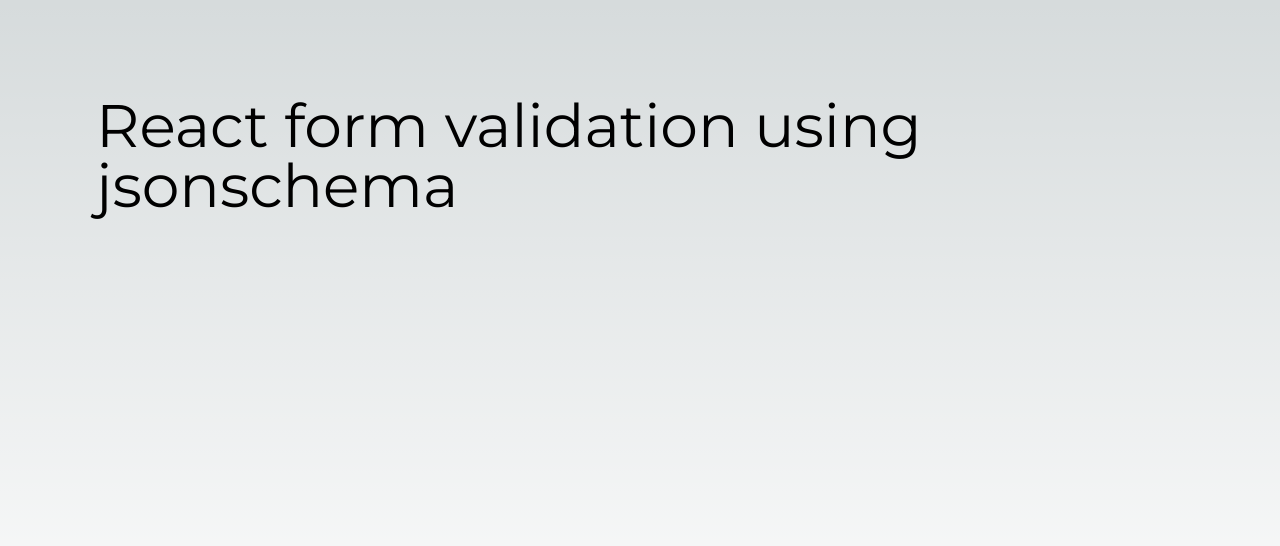
Repository: rajsenthil/react-jsonschema-validation
Page: /
These files come from the project's save history. The page is drawn as it stood at one moment and after the next save; the edit follows.
The browser window is 1280 px wide. The pictures show the whole page.
The project was rebuilt for these pictures with package versions that can differ from the ones it lists, and the page was loaded fresh each time. The framework's server and built-in components were replaced by stand-ins that run in the browser. Also part of the build but not shown: next.config.js.

Above is the page before, as saved 2023-09-12 19:43:39.

After the next save:
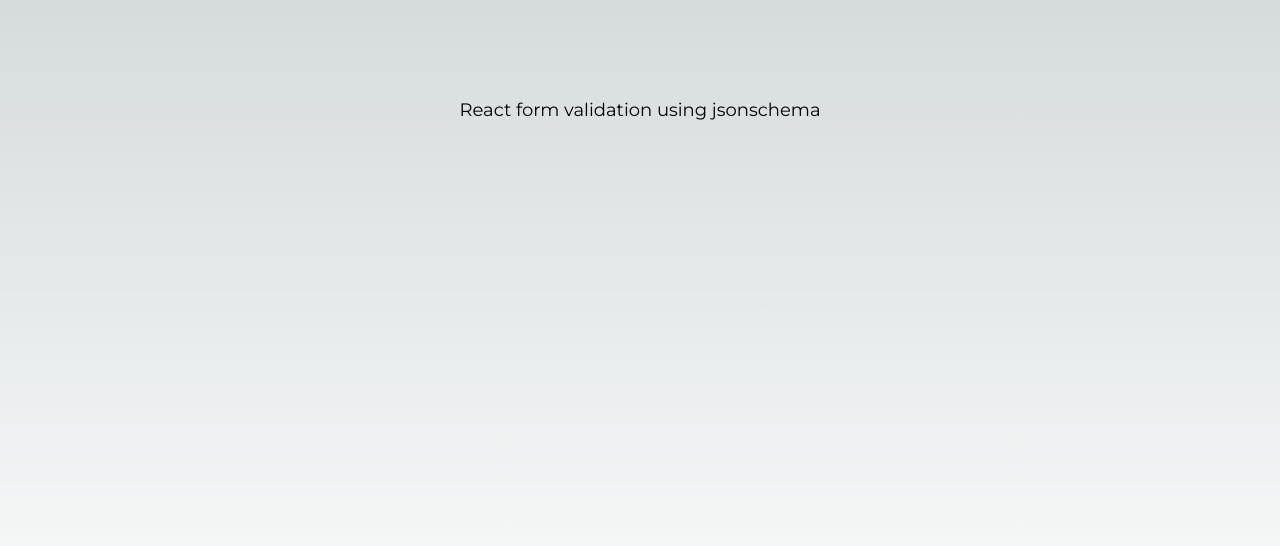
Saved 11 h 56 min later.
--- a/pages/index.tsx
+++ b/pages/index.tsx
@@ -8,7 +8,7 @@ export default function Home() {
     <main
       className={`flex min-h-screen flex-col items-center justify-between p-24 ${montserrat.className}`}
     >
-      <div className='text-6xl'>React form validation using jsonschema</div>
+      <div className='text-xl md:text-lg sm:text-sm'>React form validation using jsonschema</div>
 
     </main>
   )
